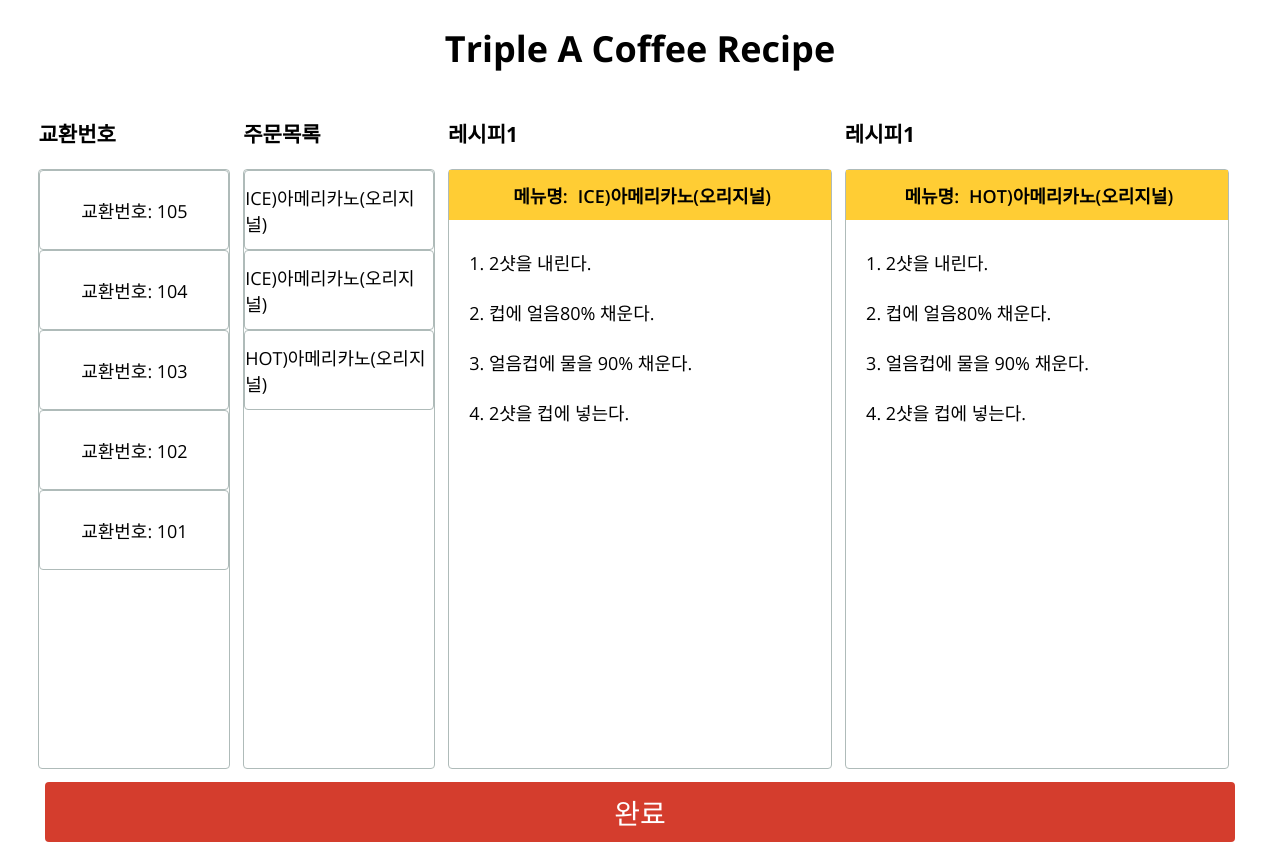
Repository: leebo-ram/tripleacoffee
Page: recipe/recipe.html
An editor plug-in stored every save of this project. The page is shown before and after the next save, followed by the edit.
The browser window is 1280 px wide. The pictures show the whole page.
Some web libraries are served in a nearby version.

Above is the page before, as saved 2023-01-07 20:47:59.

After the next save:
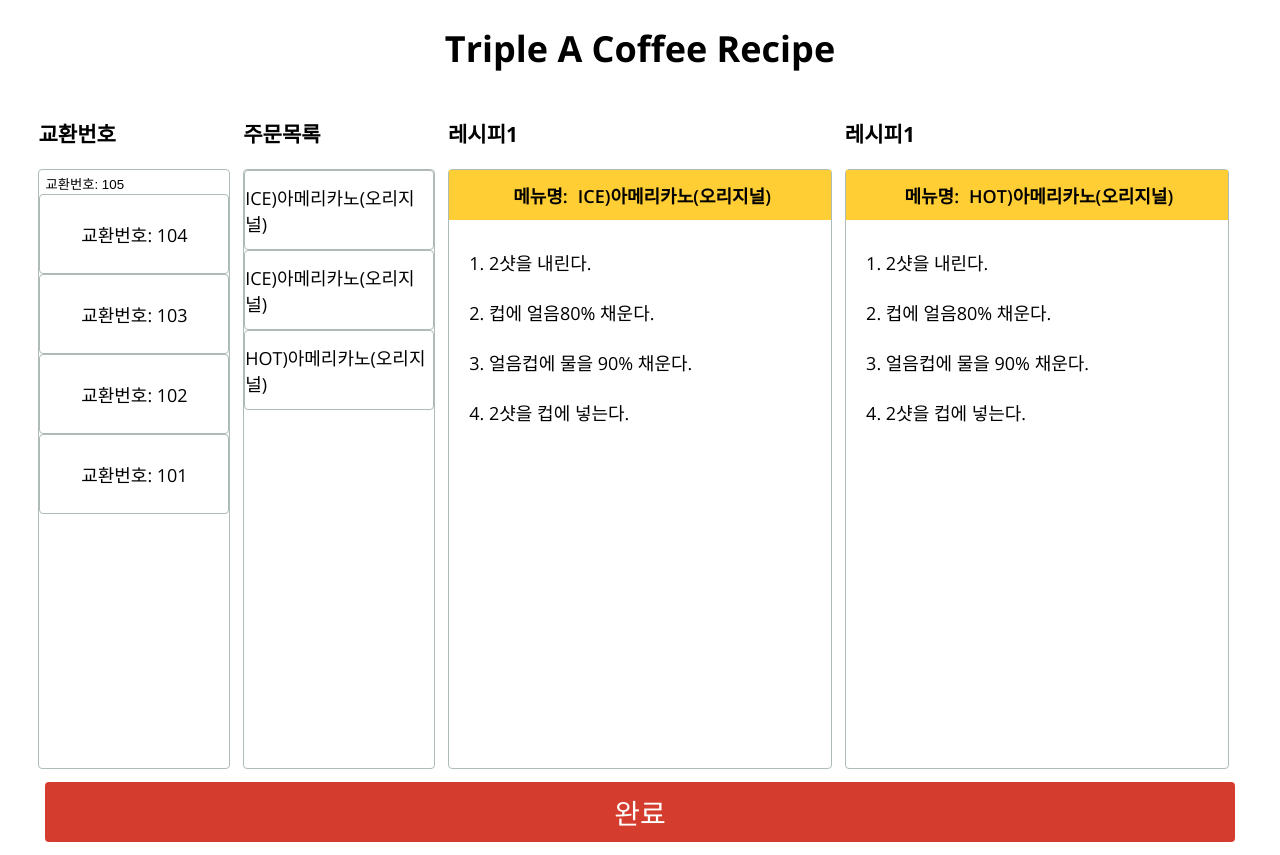
Saved 92 s later.
--- a/recipe/recipe.html
+++ b/recipe/recipe.html
@@ -35,7 +35,7 @@
       <h3>교환번호</h3>
       <div class="orderNum">
         <ul>
-          <li>교환번호: 105</li>
+          <button>교환번호: 105</button>
           <li>교환번호: 104</li>
           <li>교환번호: 103</li>
           <li>교환번호: 102</li>
